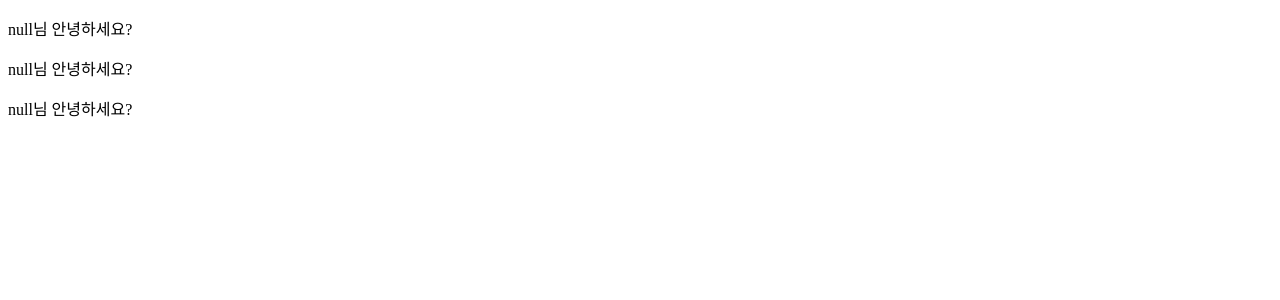
Repository: Moonsun23/jsp
Page: http://localhost/db-connect/login-ok.jsp
The author's editor kept a copy of each file at every save. The page is drawn from the files as they stood at one save, then again after the next save.
The browser window is 1280 px wide. The pictures show the whole page.
The page is served by Tomcat 9.

Above is the page before, as saved 2023-06-05 06:14:29.

After the next save:
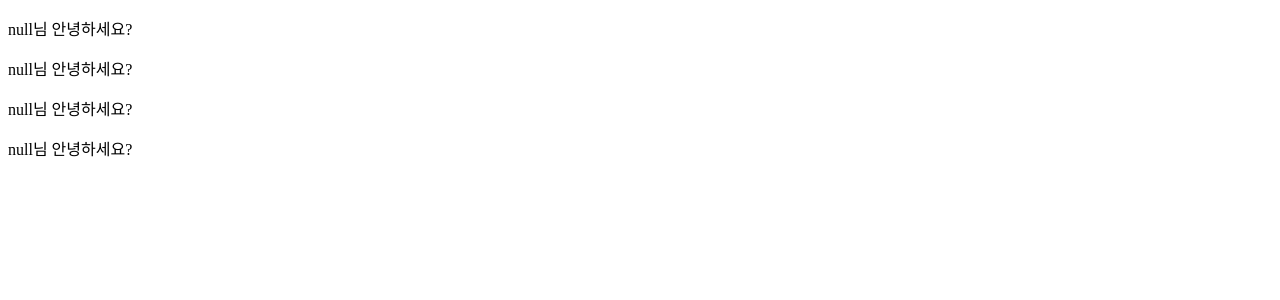
Saved 41 s later.
--- a/db-connect/src/main/webapp/login-ok.jsp
+++ b/db-connect/src/main/webapp/login-ok.jsp
@@ -22,6 +22,7 @@
 	<p><%=userId %>님 안녕하세요?</p>
 	<p><%=requestUserId %>님 안녕하세요?</p>
 	<p><%=pageUserId %>님 안녕하세요?</p>
+	<p><%=sessionUserId %>님 안녕하세요?</p>
 
 </body>
 </html>
